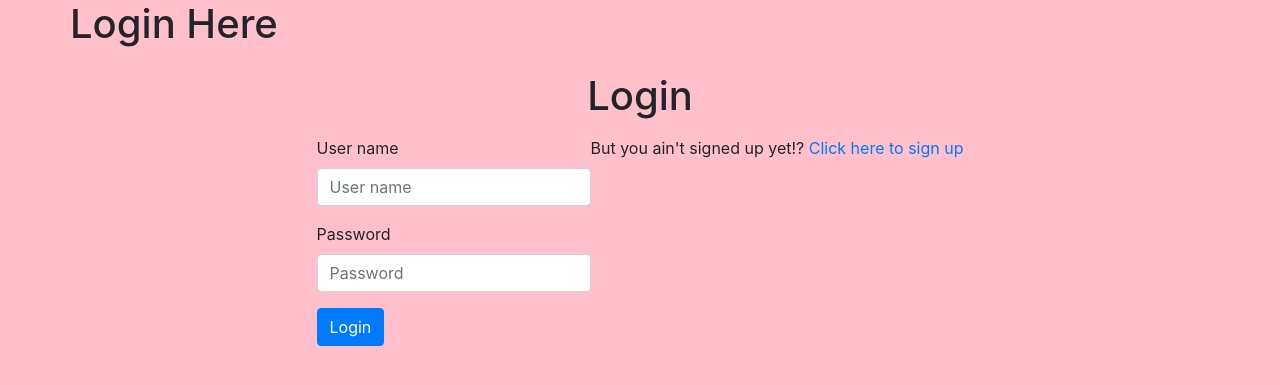
Repository: NeiloErnesto89/Data_Centric_Dev_Milestone_Project3
Page: templates/login.html
The author's editor kept a record of every edit. The page is drawn from the files as they stood at one moment, then again after the next edit.
The browser window is 1280 px wide. The pictures show the whole page.
Some web libraries are served in a nearby version. The template is drawn by Flask 3. The application's start-up code is not run. Other server files are loaded and not shown. The template is opened directly, without the code that normally fills it, so the values that code supplies are empty.

Above is the page before.

### templates/login.html
{% extends 'base.html' %} {% block content %}
<div class="container">
    <div class="row">
        <h1>Login Here</h1>

        <div class="container-fluid">
            <div class="row justify-content-center ">
                <div class="col-md-12 text-center">
                    <h1 class="add_header mt-3 mb-3">Login</h1>
                </div>
                <form method="POST" action="/user_login">
                    <div class="form-group">
                        <label for="username">User name</label>
                        <input name="username" type="text" class="form-control" placeholder="User name" required>
                    </div>

                    <div class="form-group">
                        <label for="user_password">Password</label>
                        <input class="form-control" name="user_password" type="password" placeholder="Password" required>
                    </div>
                    <button type="submit" class="btn btn-primary">Login</button>
                </form>

                <div>
                    But you ain't signed up yet!? <a href="{{ url_for('signup') }}"> Click here to sign up</a>
                </div>

            </div>
        </div>

        {% endblock %}

### templates/base.html
<!DOCTYPE html>
<html lang="en">

<head>
    <meta charset="UTF-8">
    <meta name="viewport" content="width=device-width, initial-scale=1.0">
    <meta http-equiv="X-UA-Compatible" content="ie=edge">

    <title>Book Reviews</title>

    <!-- Bootstrap -->
    <link rel="stylesheet" href="https://stackpath.bootstrapcdn.com/bootstrap/4.3.1/css/bootstrap.min.css" integrity="sha384-ggOyR0iXCbMQv3Xipma34MD+dH/1fQ784/j6cY/iJTQUOhcWr7x9JvoRxT2MZw1T" crossorigin="anonymous">

    <!-- Google Font-->
    <link href="https://fonts.googleapis.com/css?family=Montserrat:400,700" rel="stylesheet">

    <!-- Font Awesome-->

    <link rel="stylesheet" href="https://use.fontawesome.com/releases/v5.7.2/css/all.css" integrity="sha384-fnmOCqbTlWIlj8LyTjo7mOUStjsKC4pOpQbqyi7RrhN7udi9RwhKkMHpvLbHG9Sr" crossorigin="anonymous">

    <link rel="stylesheet" href="https://cdnjs.cloudflare.com/ajax/libs/font-awesome/4.7.0/css/font-awesome.min.css">

    <!-- CSS -->

    <link rel="stylesheet" href="{{url_for('static', filename='css/style.css')}}" type="text/css" />


</head>

<body>
    <header>

    </header>
    <div class="container-fluid">

        {% block content %} {% endblock %}
    </div>






    <!-- JQuery -->
    <script src="https://cdnjs.cloudflare.com/ajax/libs/jquery/3.2.1/jquery.min.js"></script>

    <!-- Bootstrap JS-->

    <script src="https://code.jquery.com/jquery-3.3.1.slim.min.js" integrity="sha384-q8i/X+965DzO0rT7abK41JStQIAqVgRVzpbzo5smXKp4YfRvH+8abtTE1Pi6jizo" crossorigin="anonymous"></script>
    <script src="https://cdnjs.cloudflare.com/ajax/libs/popper.js/1.14.7/umd/popper.min.js" integrity="sha384-UO2eT0CpHqdSJQ6hJty5KVphtPhzWj9WO1clHTMGa3JDZwrnQq4sF86dIHNDz0W1" crossorigin="anonymous"></script>
    <script src="https://stackpath.bootstrapcdn.com/bootstrap/4.3.1/js/bootstrap.min.js" integrity="sha384-JjSmVgyd0p3pXB1rRibZUAYoIIy6OrQ6VrjIEaFf/nJGzIxFDsf4x0xIM+B07jRM" crossorigin="anonymous"></script>



    <!--  <script type="text/javascript">
        $(document).ready(function() {
            $('.collapsible').collapsible();
        });
    </script>  -->
</body>

</html>

### static/css/style.css
body {
    background-color: pink;
}

After the next edit:
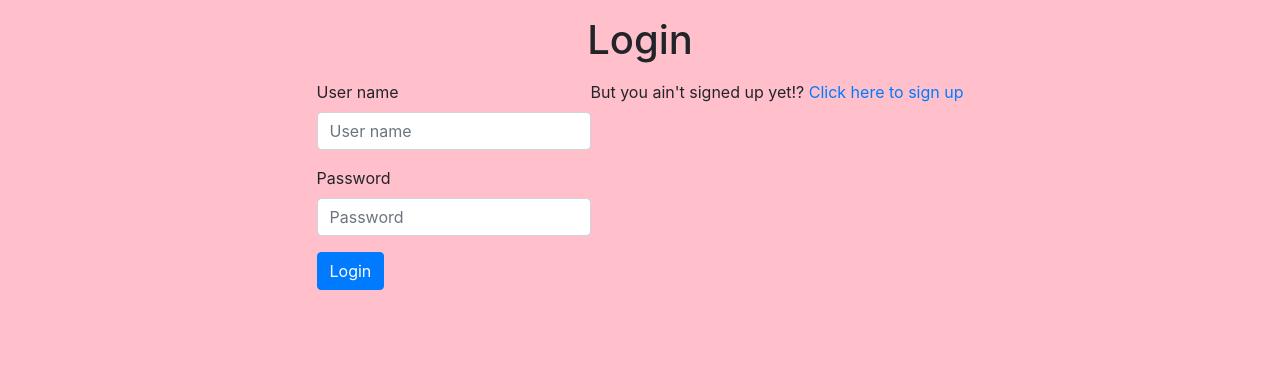
The edit:
--- a/templates/login.html
+++ b/templates/login.html
@@ -1,7 +1,4 @@
 {% extends 'base.html' %} {% block content %}
-<div class="container">
-    <div class="row">
-        <h1>Login Here</h1>
 
         <div class="container-fluid">
             <div class="row justify-content-center ">
